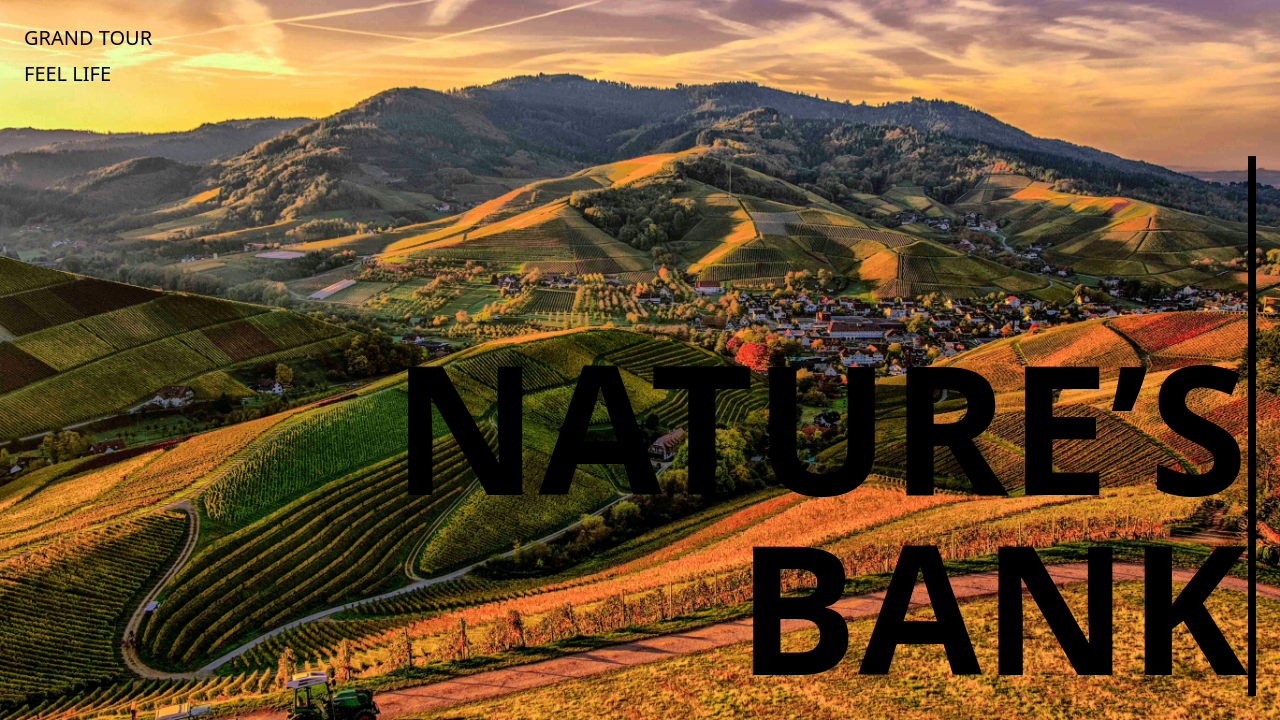
Repository: mikol-ux/Safari
Page: /
The author's editor kept a copy of each file at every save. The page is drawn from the files as they stood at one save, then again after the next save.
The browser window is 1280 px wide. The pictures show the whole page.
The project was rebuilt for these pictures with package versions that can differ from the ones it lists, and the page was loaded fresh each time. The framework's server and built-in components were replaced by stand-ins that run in the browser. Also part of the build but not shown: next.config.ts.

Above is the page before, as saved 2025-05-29 02:29:03.

After the next save:
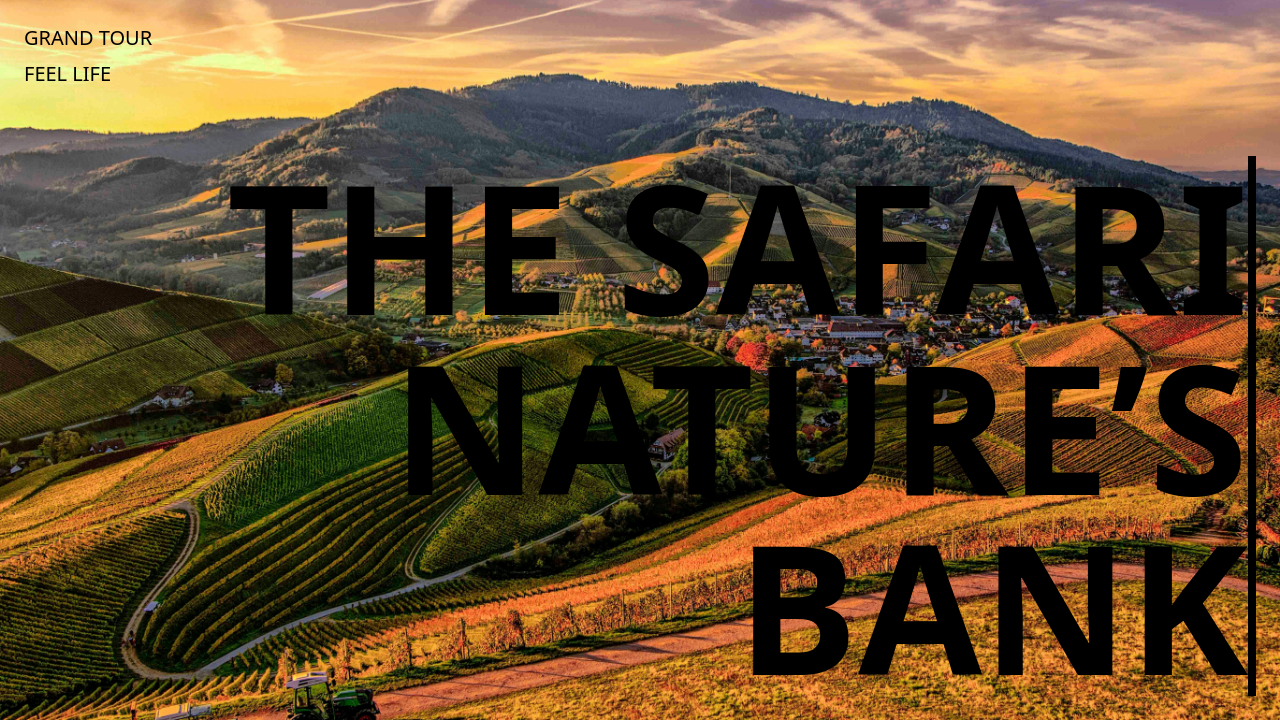
Saved 68 s later.
--- a/app/page.tsx
+++ b/app/page.tsx
@@ -6,7 +6,7 @@ export default function Home() {
 	useEffect(() => {
 		gsap.set([".introline", ".bigline"], { x: "101%" });
 
-		const tl = gsap.timeline({ repeat: 5, yoyo: true, repeatDelay: 2 });
+		const tl = gsap.timeline();
 		tl.to(".bigline", { duration: 1, x: "0%" }).to(
 			".introline",
 			{ duration: 1, x: "0%" },
